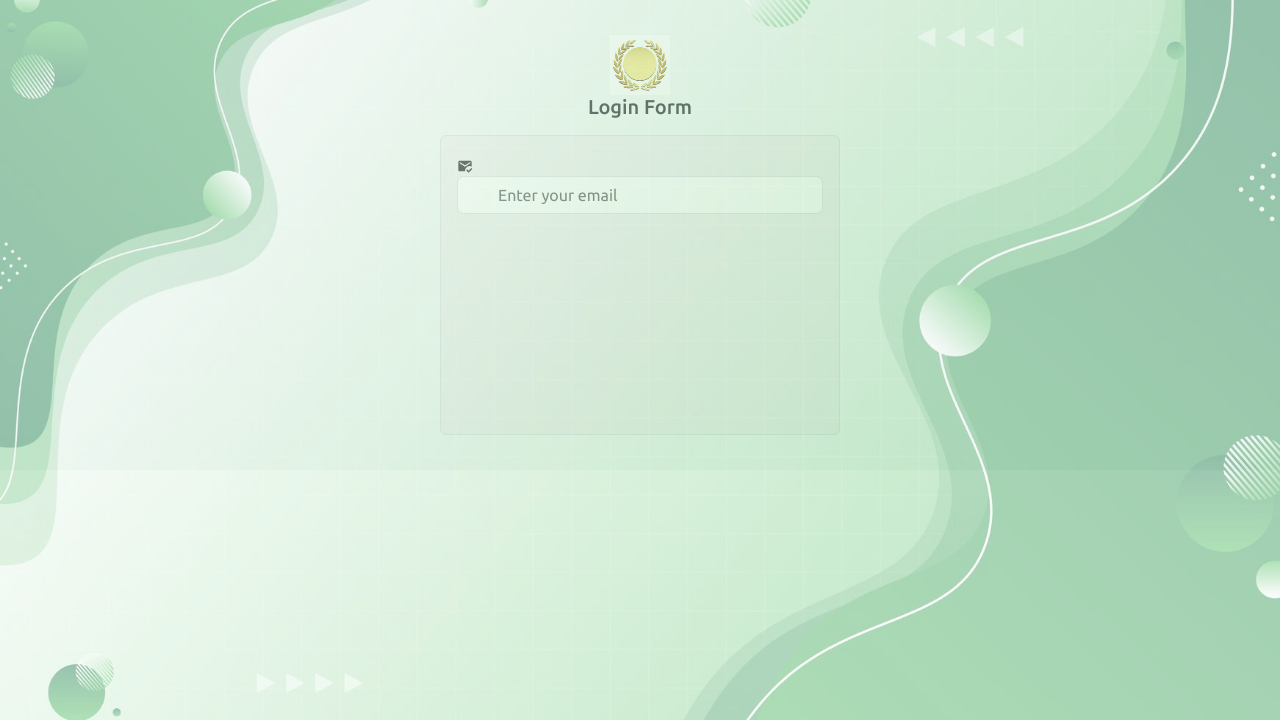
Repository: gautamsonam011/admin-react-dashboard
Page: /login
These files come from the project's save history. The page is drawn as it stood at one moment and after the next save; the edit follows.
The browser window is 1280 px wide. The pictures show the whole page.
The project was rebuilt for these pictures with package versions that can differ from the ones it lists, and the page was loaded fresh each time. Also part of the build but not shown: src/components/DashboardBox.jsx, src/pages/Dashboard/Dashboard.jsx.

Above is the page before, as saved 2025-04-23 21:38:09.

### src/App.css
@import url('https://fonts.googleapis.com/css2?family=Ubuntu:ital,wght@0,300;0,400;0,500;0,700;1,300;1,400;1,500;1,700&display=swap');

body{
  font-family: "Ubuntu", sans-serif !important;
  background-color: #f4f8f7;

}

header{
  width:100%;
  height: 70px;
  background-color:#62bebe;
  position: fixed;
  top:0px;
  left:0px;
  z-index: 1000;
}
header .logo{
  text-decoration: none;
}
header .logo img{
  margin-top: 10px;
  width:45px;

}

header .logo span{
color: coral;
font-weight: bolder;
font-size: 24px;
}
header button.rounded-circle{min-width:40px !important; width:40px !important; height: 40px !important; background-color:#0ff7d8 !important; margin: 15px;}
header button.rounded-circle svg{color:rgb(29, 27, 27); font-size: 25px !important; transition: all 0.2s ease-in-out;}
header button.rounded-circle:hover svg{color: #2585d4 !important;}
.searchBox{width:400px; height: 40px; background-color:#faf9f9; border-radius: 6px;padding: 3px 15px;}
.searchBox input{background: transparent;border:0px; outline:none; padding-left: 5px; font-size: 15px; color:#292929}
.searchBox input::-webkit-input-placeholder{color:#292929}
.searchBox svg{font-size: 18px; color:#292929 ;}

.userImg{display: flex; align-items:center; justify-content: center; overflow: hidden; width:40px; height: 40px; border:1px solid #0ff7d8; padding: 2px; border-radius: 100%;}
.userImg .rounded-circle{display: flex; align-items:center; justify-content: center; overflow: hidden; width: 40px; height: 40px; cursor: pointer; position: relative;}
.userImg .rounded-circle .img{object-fit: cover; width: 100%;}
.userInfo{padding-left: 10px;}
.userInfo h5{font-size: 15px; font-weight: 600; margin-bottom:0px; color: #266666;}

#account-menu li{font-size: 14px !important;}
#account-menu li svg{font-size: 20px !important}

.dropdown-info{padding-left: 6px;}
.dropdown-info h4{font-size: 15px; font-weight:600;margin-top: 2px; white-space: break-space; line-height: 21px;}
.dropdown-info p{font-size: 10px; color: #2585d4;}


/* Style for sidebar  */

.main .sidebarWrapper{width: 20%; flex: 0 0 20%; transition: all 0.3s ease-in-out;}
.main .sidebarWrapper.toggle{width: 0%; flex: 0 0 0%;}
.btn-signin{padding: 7px 20px !important; background:#266666 !important; color: #f4f8f7 !important; font-weight: bold !important; border-radius:20px !important;}
.main .sidebarWrapper .sidebar{width:20%; height: 100vh; max-height: calc(100%-70px); position:fixed; top: 70px; left:0px; background:#b1e4dd; overflow-y: scroll; overflow-x: hidden; padding-bottom: 40px; transition: all 0.3s ease-in-out;}
.main .sidebarWrapper.toggle .sidebar{left:-100%;}

.main .sidebarWrapper .sidebar::-webkit-scrollbar-thumb{background: transparent !important; width:3px;}
.main .sidebarWrapper:hover .sidebar::-webkit-scrollbar{ background:#2585d4; width:3px;}
.main .sidebarWrapper .sidebar ul{margin-bottom:0px;}
.main .sidebarWrapper .sidebar ul li{list-style: none; margin-top:10px;}
.main .sidebarWrapper .sidebar ul li button{color:#266666; text-align: left; justify-content: left; border-radius:0px !important; padding: 12px 15px !important;
  align-items: center; text-transform: capitalize !important;font-family: "Ubuntu", sans-serif !important;
  margin-left: 0px; font-size: 15px !important;
}
.main .sidebarWrapper .sidebar ul li button .icon{display: flex; align-items:center; justify-content: center; width:25px; height:25px; margin-right: 10px;}
.main .sidebarWrapper .sidebar ul li button .icon svg{color:#292929; opacity: 0.8; font-size: 22px;}
.main .sidebarWrapper .sidebar ul li button .arrow{margin-left: auto; display: flex; align-items: center; justify-content: center; width: 25px; transition: all 0.3s ease-in-out}
.main .sidebarWrapper .sidebar ul li button:hover{background:#62bebe !important;}
.main .sidebarWrapper .sidebar ul li button.active{background: #62bebe !important;}
.main .sidebarWrapper .sidebar ul li button.active .arrow{transform: rotate(90deg);}

.main .sidebarWrapper .sidebar ul .submenu{padding: 0px 45px; position:relative; height:auto;}
.main .sidebarWrapper .sidebar ul .submenu::before{content:''; width:1px; height: 95%; position: absolute; top:0px; left:25px; background:rgba(0, 0, 0, 0.1);}
.main .sidebarWrapper .sidebar ul .submenu li{width:100%; list-style: none;}
.main .sidebarWrapper .sidebar ul .submenu li a{color:#266666 !important; text-decoration: none; font-family: "Ubuntu", sans-serif !important;
display: block; padding: 6px 0px; font-size: 14px !important; font-weight: 500; transition:all 0.3s}
.main .sidebarWrapper .sidebar ul .submenu li a:hover{color:#2585d4 !important;}

.main .sidebarWrapper .sidebar ul .submenuWrapper{transition:all 0.3s ease-in-out; height: 0px; overflow: hidden; }
.main .sidebarWrapper .sidebar ul .submenuWrapper.colapsed .submenu{opacity:0;}

.main .sidebarWrapper .sidebar ul .submenuWrapper.colapse{height:auto; overflow: inherit;}
.main .sidebarWrapper .sidebar ul .submenuWrapper.colapse .submenu{opacity:1; height:auto;}

.logoutWrapper{padding: 0px 25px;}
.logoutWrapper .logoutBox{width:100%; height:100px; padding: 25px; background:#bcd2fd; border-radius:10px; margin-bottom:20px; display:flex; align-items: center; justify-content: center;
position:relative; overflow:hidden;}
.logoutWrapper .logoutBox::before{content:''; width:50px; height:50px; background:#266666; border-radius: 100%; position:absolute; top: -20px; right: 30px; opacity:0.5}
.logoutWrapper .logoutBox::after{content:''; width:30px; height:30px; background:#266666; border-radius: 100%; position:absolute; top: -30px; left: 30px; opacity:0.5}
.logoutWrapper .logoutBox button{font-size:14px !important; font-weight: 600 !important; }
.logoutWrapper .logoutBox button svg{margin-right: 15px; font-size:18px;}

.main .content{width:80%; flex: 0 0 80%; transition: all 0.3s ease-in-out;}
.main .content.toggle{width:100%; flex: 0 0 100%;}

.dashboardBoxWrapperRow{margin-left: 20%;}
.right-content{padding: 90px 30px;}
.dashboardBoxWrapper{gap: 15px; width:100%; flex-wrap: wrap;}
.dashboardBoxWrapper .dashboardBox{width:48%; height: 170px; border-radius:10px; overflow: hidden; padding:20px; display: flex; flex-direction: column; justify-content: space-around; text-align: left !important; justify-content: flex-start;}
.dashboardBoxWrapperRow .box{width:100%; height: 100%; background:#0ff7d8;}

.dashboardBoxWrapper .dashboardBox .col1 h4{font-size: 20px; font-weight: 600;}
.dashboardBoxWrapper .dashboardBox .col1 span{font-size: 40px; font-weight: bold;}
.dashboardBoxWrapper .dashboardBox .icon { margin-left: 180px; display: flex; align-items:center; justify-content: center; width:45px; height: 45px; border-radius:5px; background-image: linear-gradient(to bottom right, rgba(0, 0, 0, 0), rgba(0, 0, 0, 0.2));}
.dashboardBoxWrapper .dashboardBox .icon svg{font-size: 45px; opacity: 0.1; color:#f4f8f7}

.dashboardBoxWrapper .dashboardBox button.toggleIcon {font-size: 22px; color:rgba(0,0,0,0.5); cursor: pointer; min-width: 40px !important; width: 40px !important; height: 40px !important; border-radius: 50% !important; margin-left: 170px; border-right: none; opacity: 0.3;}

.dashboardBoxWrapperRow .dashboardBoxWrapper .dashboardBox .chart{position:absolute; opacity: 0.1;}
.dashboardBoxWrapperRow .dashboardBoxWrapper .dashboardBox .chart svg{font-size: 150px; color: #000;}

/*  style for Login page */

.loginSection{
  width: 100%; height: 100hv; padding: 35px 25px;
  background:#f4f8f7; position: relative;
}
.loginbgimage{width:100%; height: 100%; opacity: 0.4; position: fixed; top: 0; left: 0; z-index: 99; pointer-events: none;}
.loginSection .loginBox{width: 400px; height: auto; margin: auto;}
.loginSection .loginBox .wrapper{width:100%; height: 300px; background: #f0f0f0;}
.full{max-width: 100% !important; flex: 0 0 100% !important; width: 100% !important;}
.loginSection .loginBox .wrapper .form-control{box-shadow: none !important; outline: none !important; padding-left: 40px;}
.loginSection .loginBox .wrapper .form-control:focus{border: 1px solid #0858f7 !important;}
.loginSection .loginBox .wrapper .form-control .icon{position: absolute; top: 30px; left: 15px; z-index: 100;}
/* Registration Form */

### src/components/Sidebar/index.jsx
import Button from '@mui/material/Button';
import { RiDashboardLine } from "react-icons/ri";
import { IoIosArrowForward } from "react-icons/io";
import { TbBrandProducthunt } from "react-icons/tb";
import { TiShoppingCart } from "react-icons/ti";
import { MdOutlineMessage } from "react-icons/md";
import { IoNotifications } from "react-icons/io5";
import { MdOutlineSettings } from "react-icons/md";
import { Link } from 'react-router-dom';
import React, { useState} from "react";
import { RiLogoutCircleRLine } from "react-icons/ri";
// import { MyContext } from '../../App';

const Sidebar = () =>{
    const [activeTab, setActiveTab] = useState(0);
    const [isToggleSubmenu, setIsToggleSubmenu] = useState(false);

    // const context = useContext(MyContext);

    const isOpenSubmenu = (index) =>{
        setActiveTab(index);
        setIsToggleSubmenu(!isToggleSubmenu);


    }

    return(
        <div className="sidebar">
            <ul>
                <li>
                    <Link to="/">
                    <Button className={`w-100 ${activeTab === 0 ? 'active' : ''}`} onClick={()=>isOpenSubmenu(0)}>
                        <span className='icon'><RiDashboardLine/></span>
                        Dashboard
                        <span className="arrow"><IoIosArrowForward/></span>
                    </Button>
                    </Link>
                </li>
                <li>
                    <Button className={`w-100 ${activeTab === 1 && isToggleSubmenu===true ?  'active' : ''}`} onClick={()=>isOpenSubmenu(1)}>
                        <span className='icon'><TbBrandProducthunt/></span>
                        Products
                        <span className="arrow"><IoIosArrowForward/></span>
                    </Button>
                    <div className={`submenuWrapper ${activeTab===1 && isToggleSubmenu===true ? 'colapse':'colapsed'}`}>
                    <ul className='submenu'>
                        <li><Link to="#">Product Add</Link></li>
                        <li><Link to="#">Product List</Link></li>
                        <li><Link to="#">Product View</Link></li>
                    </ul>
                    </div>
                </li>
                <li>
                    <Link to="/">
                    <Button className={`w-100 ${activeTab === 2 ? 'active' : ''}`} onClick={()=>isOpenSubmenu(2)}>
                        <span className='icon'><TiShoppingCart/></span>
                        Orders
                        <span className="arrow"><IoIosArrowForward/></span>
                    </Button>
                    </Link>
                </li>
                <li>
                    <Link to="/">
                    <Button className={`w-100 ${activeTab === 3 ? 'active' : ''}`} onClick={()=>isOpenSubmenu(3)}>
                        <span className='icon'><MdOutlineMessage/></span>
                        Messages
                        <span className="arrow"><IoIosArrowForward/></span>
                    </Button>
                    </Link>
                </li>
                <li>
                    <Link to="/">
                    <Button className={`w-100 ${activeTab === 4 ? 'active' : ''}`} onClick={()=>isOpenSubmenu(4)}>
                        <span className='icon'><IoNotifications/></span>
                        Notifications
                        <span className="arrow"><IoIosArrowForward/></span>
                    </Button>
                    </Link>
                </li>
                <li>
                    <Link to="/">
                    <Button className={`w-100 ${activeTab === 5 ? 'active' : ''}`} onClick={()=>isOpenSubmenu(5)}>
                        <span className='icon'><MdOutlineSettings /></span>
                        Settings
                        <span className="arrow"><IoIosArrowForward/></span>
                    </Button>
                    </Link>
                </li>
            </ul>
            <br/>
            <div className="logoutWrapper">
                <div className="logoutBox">
            <Button variant="outlined"> <RiLogoutCircleRLine/>Logout</Button>
            </div>
            </div>
        </div>
    )
}

export default Sidebar

### src/pages/Login/index.jsx
import logo from '../../assests/images/logo.jpg';
import bgImage from '../../assests/bg.jpg';

import { MyContext } from '../../App';
import { useContext, useEffect } from 'react';
import { MdMarkEmailRead } from "react-icons/md";
import { RiLockPasswordFill } from "react-icons/ri";

const Login = () => {
    const context = useContext(MyContext);

    useEffect(() => {
        context.setisHideSidebarHeader(true);
    }, []);

    return (
        <>
            <img src={ bgImage} className='loginbgimage' alt="bgimage" />
            <section className="loginSection">
                <div className="loginBox">
                    <div className="loginLogo text-center">
                        <img src={logo} alt="Logo" width="60px" />
                        <h5 className='font-weight-bold'>Login Form</h5>
                    </div>

                    <div className='wrapper mt-3 card border p-3'>
                        <form>
                            <div className='form-group mb-3 position-relative'>
                                <span className="icon"><MdMarkEmailRead/></span>
                                <input type="text" className='form-control' placeholder='Enter your email' />
                            </div>
                        </form>
                    </div>
                </div>
            </section>
        </>
    )
}
export default Login;

### src/components/SearchBox.jsx
import { FaSearch } from "react-icons/fa";

const SearchBox = () =>{
    return (
        <div className="searchBox position-relative d-flex align-items-center">
            <FaSearch className="mr-2" />
            <input type="text" placeholder="Search here"  />
        </div>
    )
}

export default SearchBox;

Loaded but not shown: public/index.html (common file); src/index.js (common file); src/reportWebVitals.js (common file); src/App.js (57 lines, source omitted); src/components/Header/index.jsx (239 lines, source omitted)

After the next save:
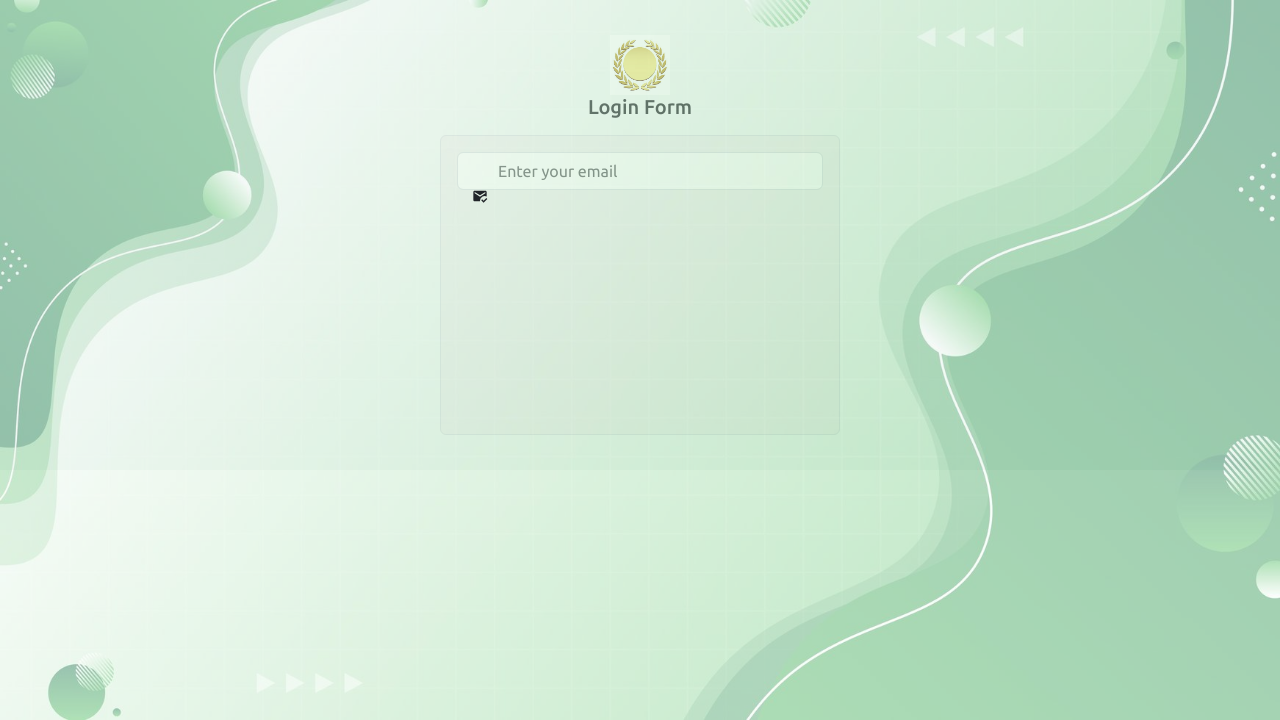
Saved 38 s later.
--- a/src/App.css
+++ b/src/App.css
@@ -126,5 +126,5 @@ position:relative; overflow:hidden;}
 .full{max-width: 100% !important; flex: 0 0 100% !important; width: 100% !important;}
 .loginSection .loginBox .wrapper .form-control{box-shadow: none !important; outline: none !important; padding-left: 40px;}
 .loginSection .loginBox .wrapper .form-control:focus{border: 1px solid #0858f7 !important;}
-.loginSection .loginBox .wrapper .form-control .icon{position: absolute; top: 30px; left: 15px; z-index: 100;}
+.loginSection .loginBox .wrapper .form-group .icon{position: absolute; top: 30px; left: 15px; z-index: 100;}
 /* Registration Form */
